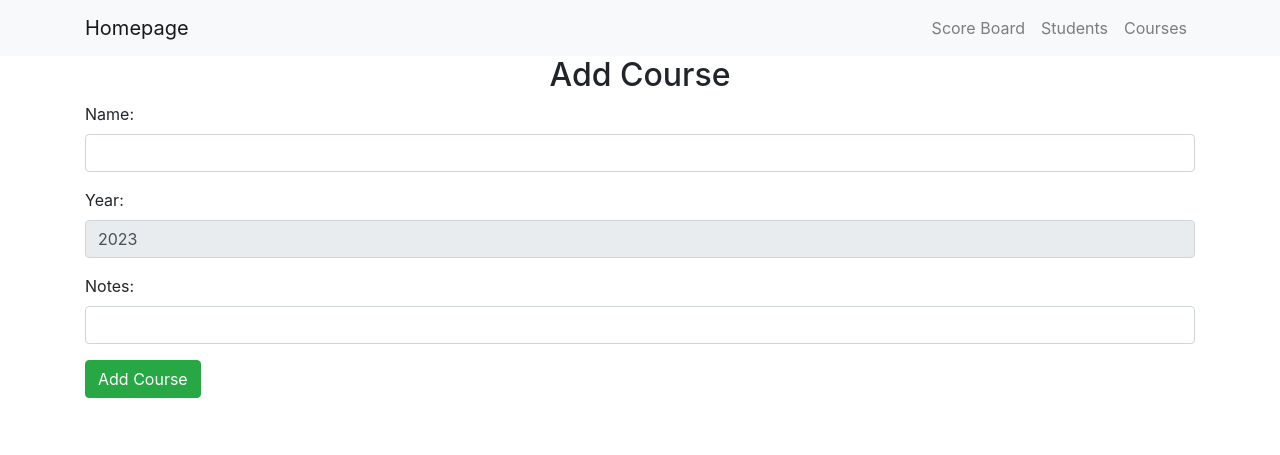
Repository: USTriett/Java-Servlet-JDBC-JSP-
Page: http://localhost/StudentManageServlet/addcourse
The author's editor kept a copy of each file at every save. The page is drawn from the files as they stood at one save, then again after the next save.
The browser window is 1280 px wide. The pictures show the whole page.
The page is served by Tomcat 9.

Above is the page before, as saved 2023-04-20 18:15:34.

After the next save:
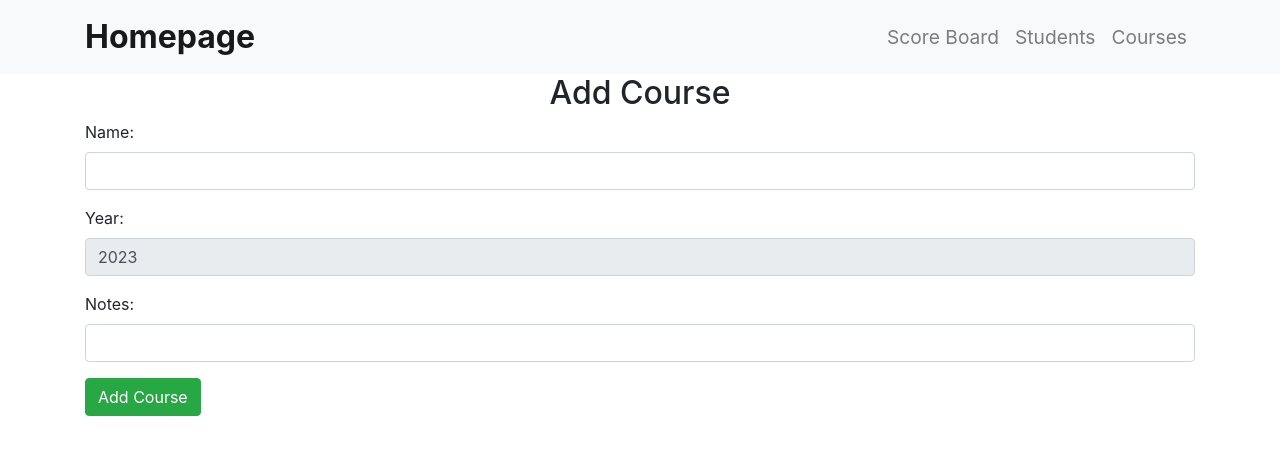
Saved 93 s later.
--- a/StudentManageServlet/src/main/webapp/WebContent/AddCourse.jsp
+++ b/StudentManageServlet/src/main/webapp/WebContent/AddCourse.jsp
@@ -18,6 +18,18 @@
 	<!-- Latest compiled JavaScript -->
 	<script src="https://maxcdn.bootstrapcdn.com/bootstrap/4.4.1/js/bootstrap.min.js"></script>
 	<meta charset="UTF-8">
+<style type="text/css">
+.navbar-brand {
+	font-size: 2rem;
+	font-weight: bold;
+	color: #333;
+}
+
+.navbar-nav .nav-link {
+	font-size: 1.2rem;
+	color: #333;
+}
+</style>
 </head>
 <body>
 <!-- Navbar -->
